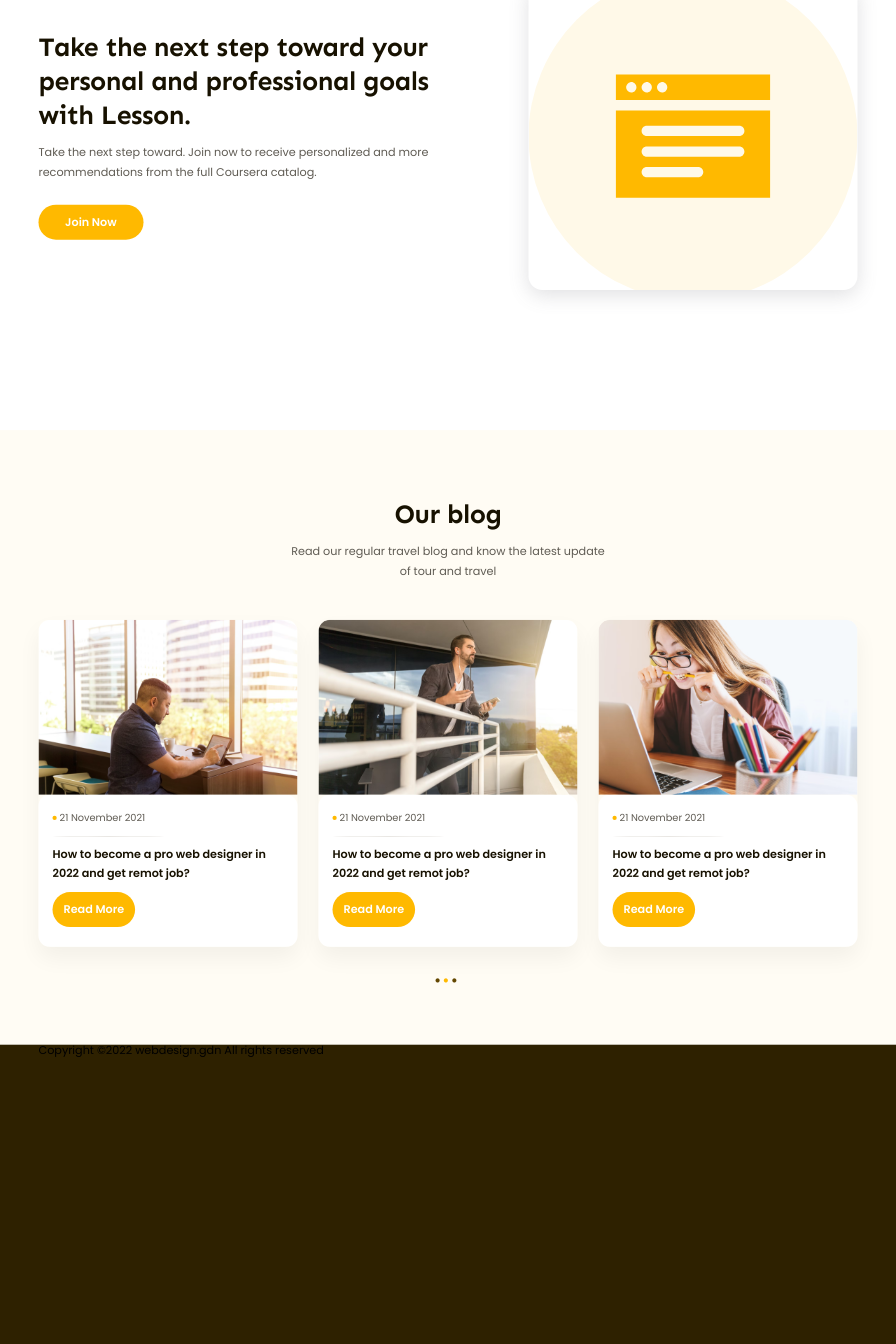
Repository: kauittt/LTWEB
Page: index.html
An editor plug-in stored every save of this project. The page is shown before and after the next save, followed by the edit.
The browser window is 1280 px wide. The pictures show the part of the page from y = 3189 to 5109 px (the page is 5109 px tall), at 70% of full size.

Above is the page before, as saved 2023-01-25 23:00:43.

After the next save:
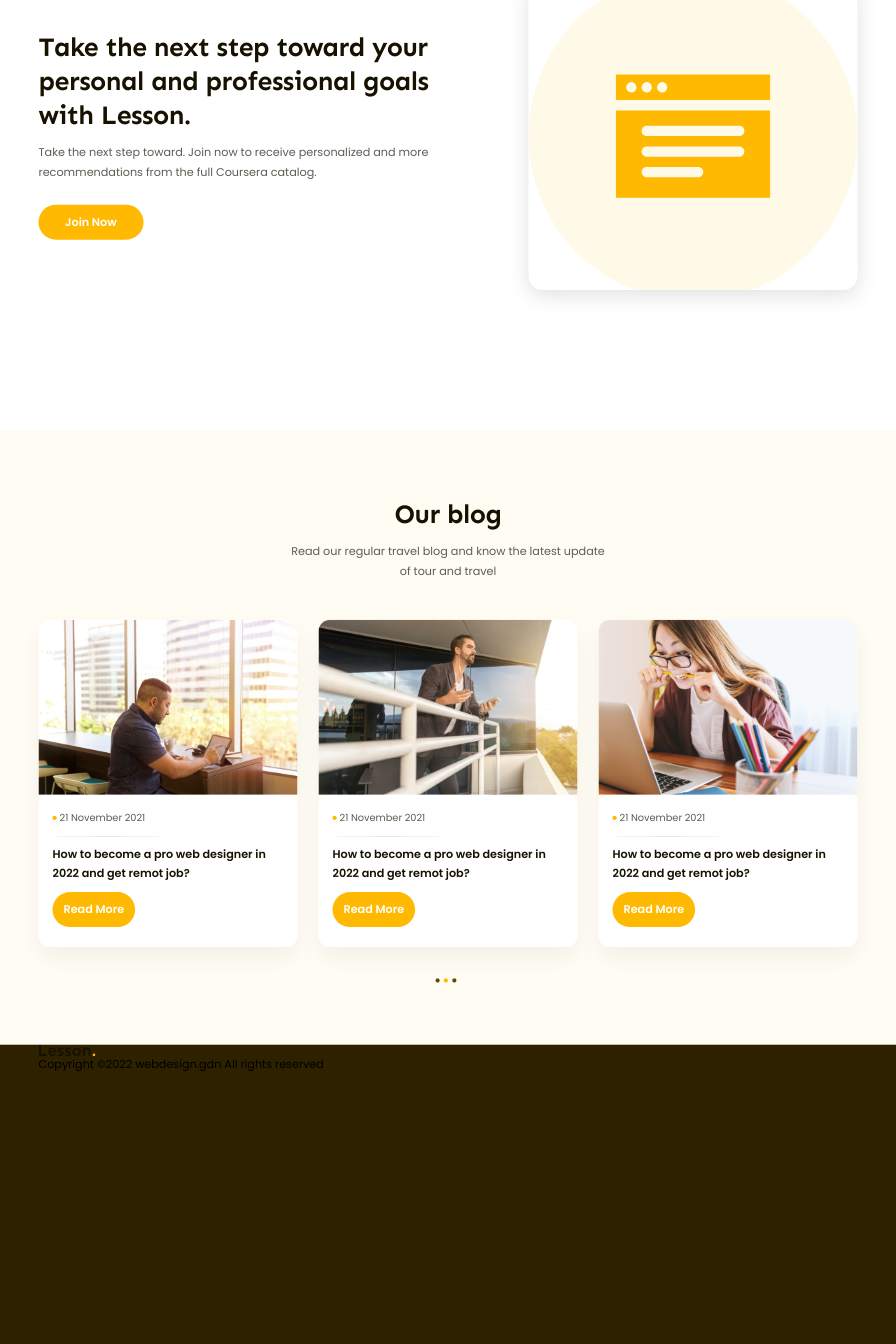
Saved 2 min 39 s later.
--- a/index.html
+++ b/index.html
@@ -533,7 +533,18 @@
 
             <div id="footer">
                 <div class="content footer-wrap">
-                    <div class="footer-content"></div>
+                    <div class="footer-content">
+                        <div class="footer-content-social">
+                            <img
+                                src="./assets/img/logo.svg"
+                                alt="Lesson"
+                                class="footer-content-social__logo"
+                            />
+                            <p class="footer-content-social__desc"></p>
+                            <div class="footer-content-social-list"></div>
+                        </div>
+                        <div class="footer-content-connact"></div>
+                    </div>
 
                     <div class="footer-copyRight">
                         Copyright ©2022 webdesign.gdn All rights reserved
